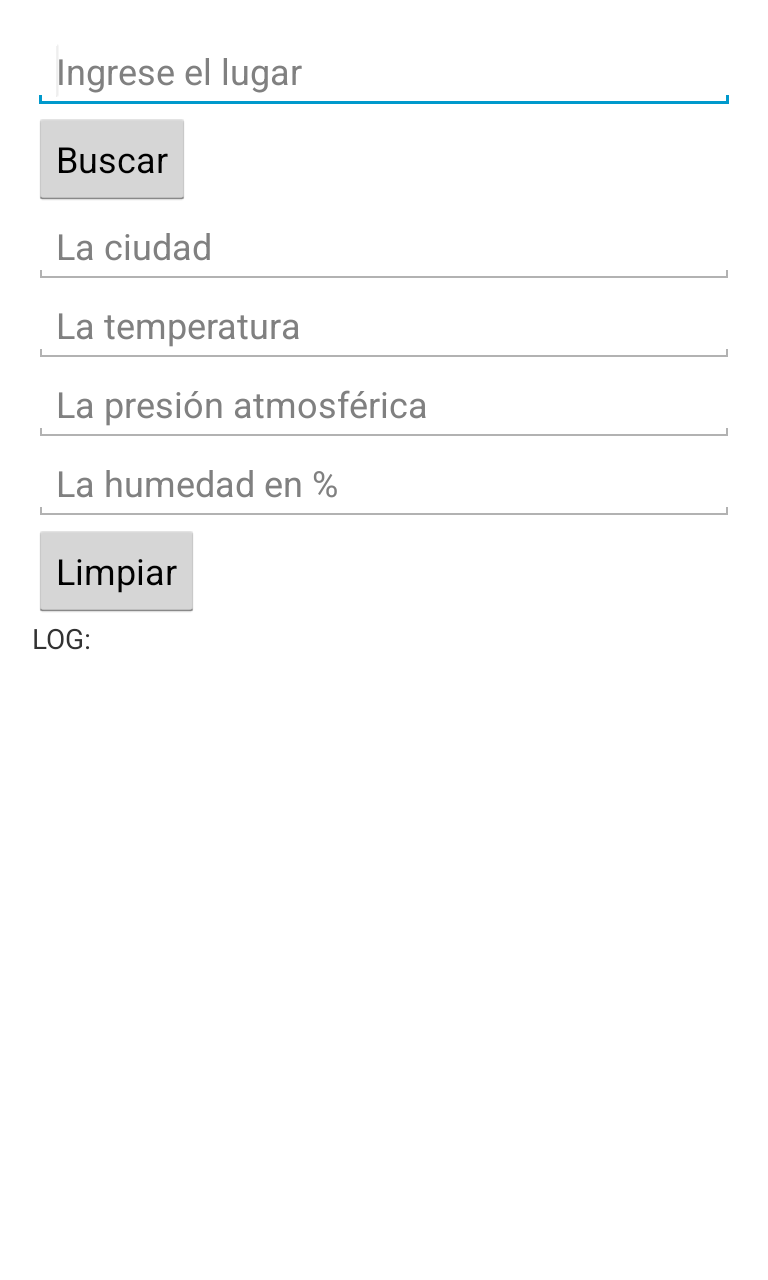
Repository: unmultimedio/android-cymetria-manizales
Layout: workspace/Weather/res/layout/fragment_main.xml
An editor plug-in stored every save of this project. The layout is shown before and after the next save, followed by the edit.
It is drawn on a 768 x 1280 px phone screen (xhdpi) without system bars, with theme AppTheme; the app's code is not run.

Above is the layout before, as saved 2014-07-26 01:16:24.

After the next save:
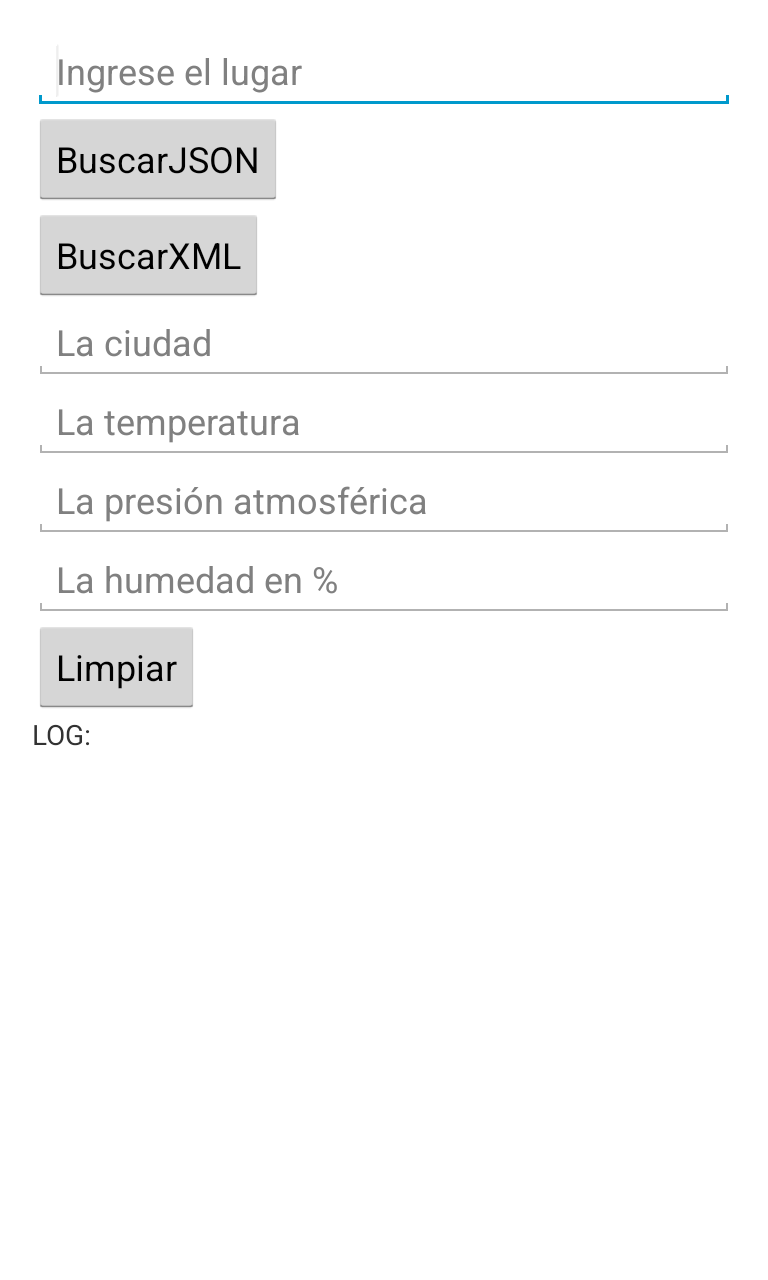
Saved 33 min 57 s later.
--- a/workspace/Weather/res/layout/fragment_main.xml
+++ b/workspace/Weather/res/layout/fragment_main.xml
@@ -24,7 +24,13 @@
         android:id="@+id/searchBtn"
         android:layout_width="wrap_content"
         android:layout_height="wrap_content"
-        android:text="Buscar"
+        android:text="BuscarJSON"
+        android:onClick="searchQuery" />
+    <Button
+        android:id="@+id/searchBtn"
+        android:layout_width="wrap_content"
+        android:layout_height="wrap_content"
+        android:text="BuscarXML"
         android:onClick="searchQuery" />
 
     <EditText
